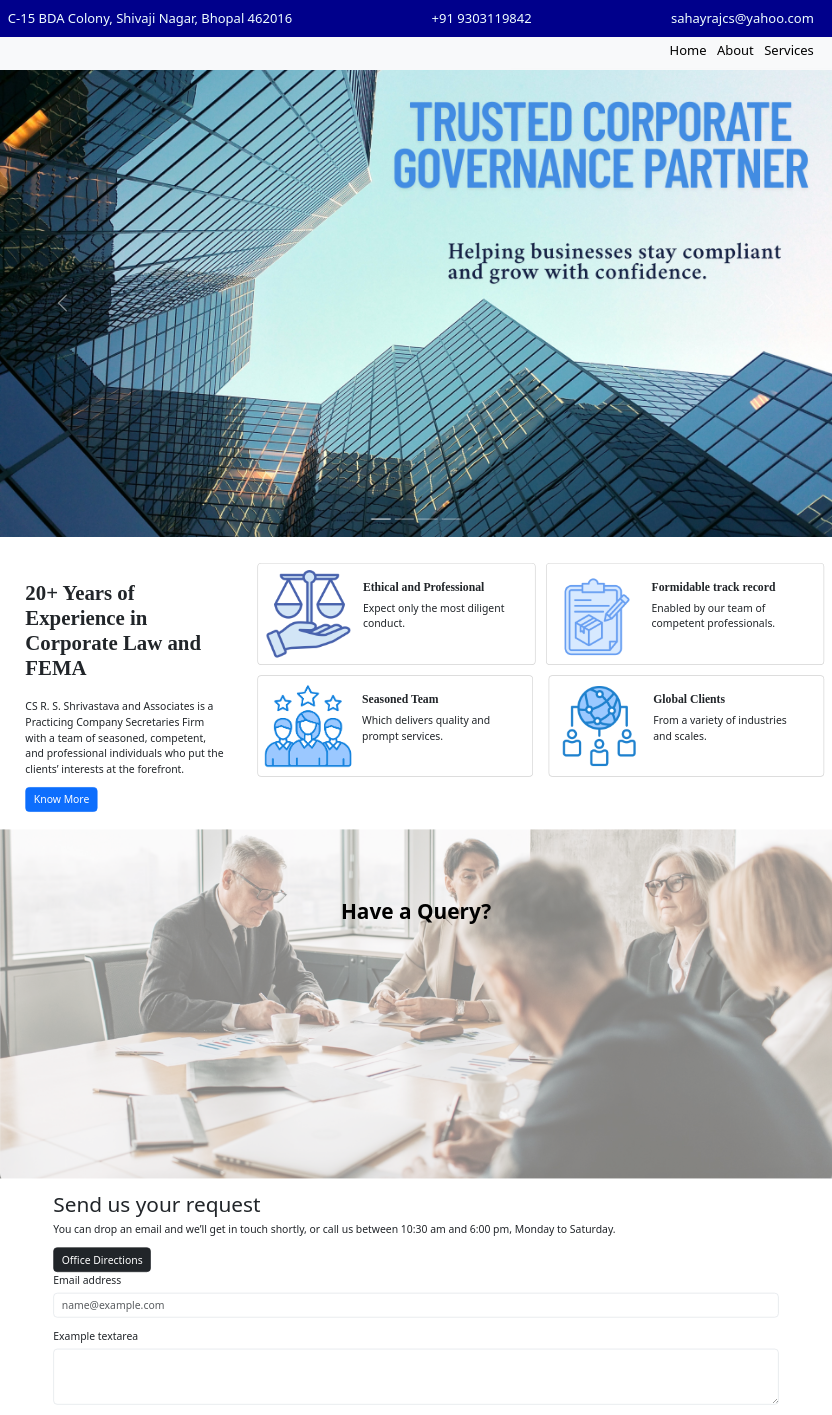
Repository: aayushiss/CS-RSS
Page: index.html
These files come from the project's save history. The page is drawn as it stood at one moment and after the next save; the edit follows.
The browser window is 1280 px wide. The pictures show the whole page, at 65% of full size.

Above is the page before, as saved 2025-05-15 19:01:59.

After the next save:
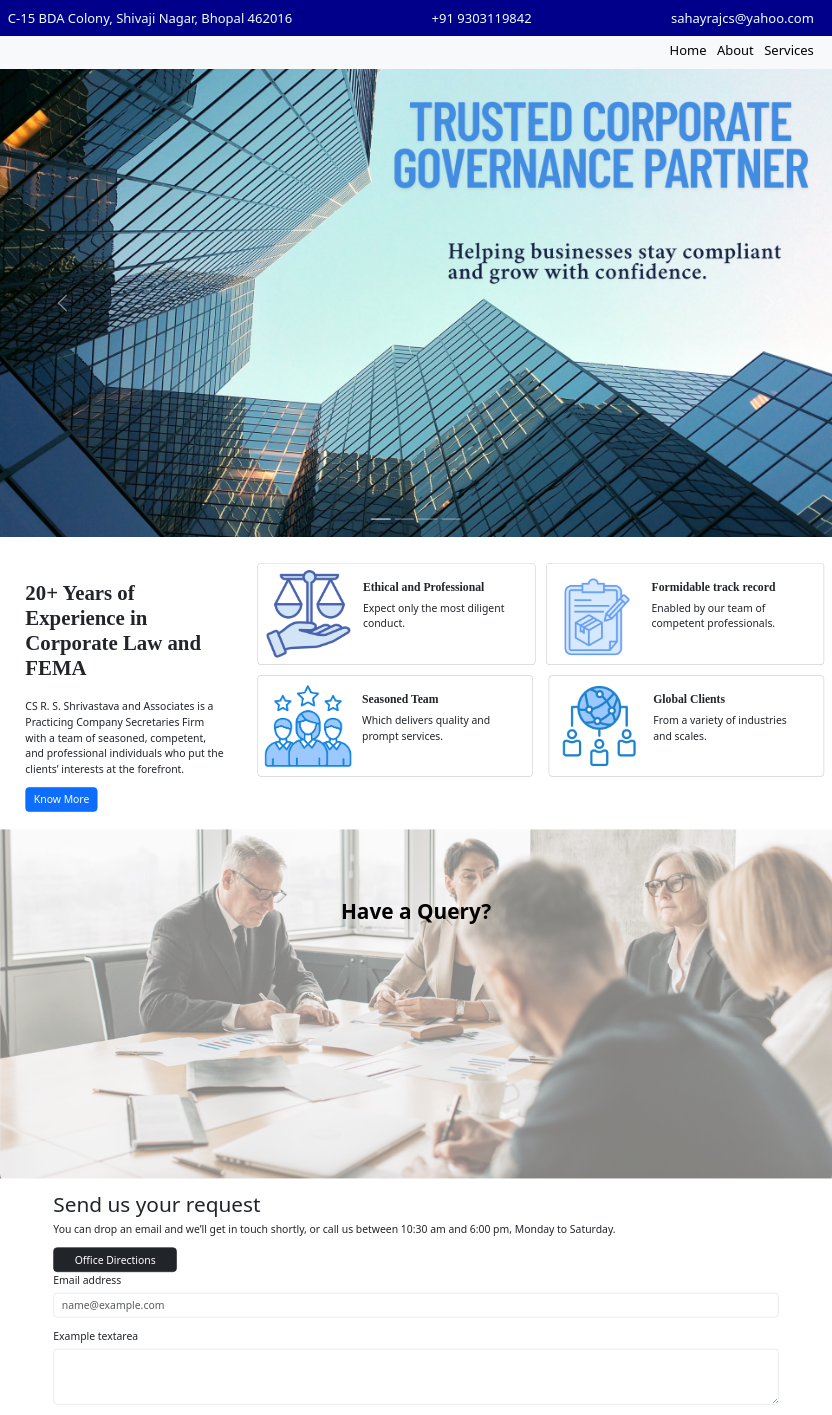
Saved 21 s later.
--- a/index.html
+++ b/index.html
@@ -177,7 +177,7 @@
         You can drop an email and we’ll get in touch shortly, or call us between 10:30 am and 6:00 pm, Monday to Saturday.
       </p>
       <div class="btn btn-dark">
-        <a href="https://www.google.com/maps/place/R+S+SHRIVASTAVA+%26+ASSOCIATES/@23.2288499,77.4244091,17z/data=!3m1!4b1!4m6!3m5!1s0x397c425fada83073:0xcb1e8ba90a487f4e!8m2!3d23.228845!4d77.426984!16s%2Fg%2F1td0r8v9?entry=ttu&g_ep=EgoyMDI1MDUxMi4wIKXMDSoASAFQAw%3D%3D" style="color: white; text-decoration: none;" target="_blank">Office Directions</a>
+        <a href="https://www.google.com/maps/place/R+S+SHRIVASTAVA+%26+ASSOCIATES/@23.2288499,77.4244091,17z/data=!3m1!4b1!4m6!3m5!1s0x397c425fada83073:0xcb1e8ba90a487f4e!8m2!3d23.228845!4d77.426984!16s%2Fg%2F1td0r8v9?entry=ttu&g_ep=EgoyMDI1MDUxMi4wIKXMDSoASAFQAw%3D%3D" style="color: white; text-decoration: none; padding: 20px;" target="_blank">Office Directions</a>
       </div>
     </div>
     <div class="mb-3">

After the save that followed:
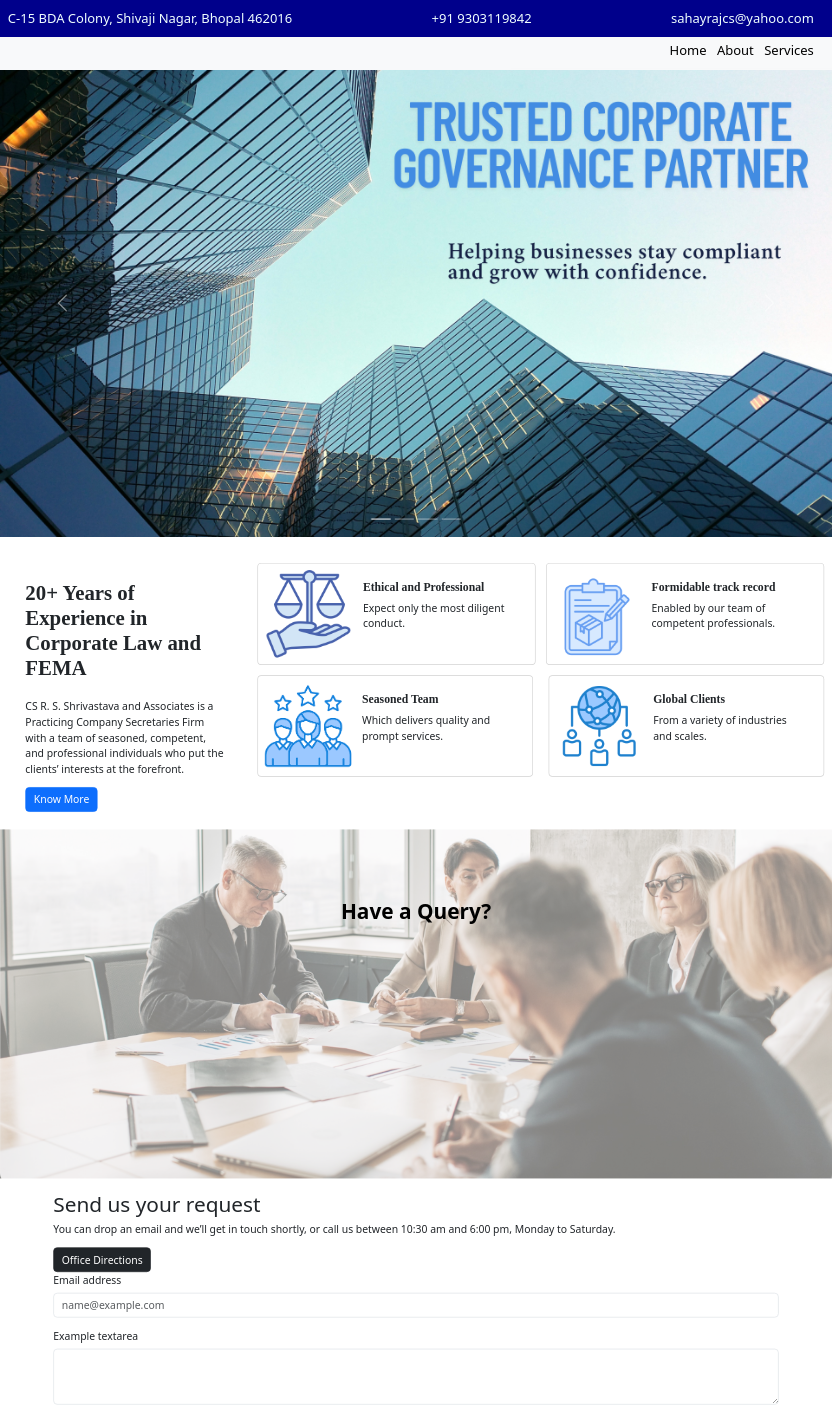
Saved 35 s later.
--- a/index.html
+++ b/index.html
@@ -177,7 +177,7 @@
         You can drop an email and we’ll get in touch shortly, or call us between 10:30 am and 6:00 pm, Monday to Saturday.
       </p>
       <div class="btn btn-dark">
-        <a href="https://www.google.com/maps/place/R+S+SHRIVASTAVA+%26+ASSOCIATES/@23.2288499,77.4244091,17z/data=!3m1!4b1!4m6!3m5!1s0x397c425fada83073:0xcb1e8ba90a487f4e!8m2!3d23.228845!4d77.426984!16s%2Fg%2F1td0r8v9?entry=ttu&g_ep=EgoyMDI1MDUxMi4wIKXMDSoASAFQAw%3D%3D" style="color: white; text-decoration: none; padding: 20px;" target="_blank">Office Directions</a>
+        <a href="https://www.google.com/maps/place/R+S+SHRIVASTAVA+%26+ASSOCIATES/@23.2288499,77.4244091,17z/data=!3m1!4b1!4m6!3m5!1s0x397c425fada83073:0xcb1e8ba90a487f4e!8m2!3d23.228845!4d77.426984!16s%2Fg%2F1td0r8v9?entry=ttu&g_ep=EgoyMDI1MDUxMi4wIKXMDSoASAFQAw%3D%3D" style="color: white; text-decoration: none; padding-top: 20px;" target="_blank">Office Directions</a>
       </div>
     </div>
     <div class="mb-3">
